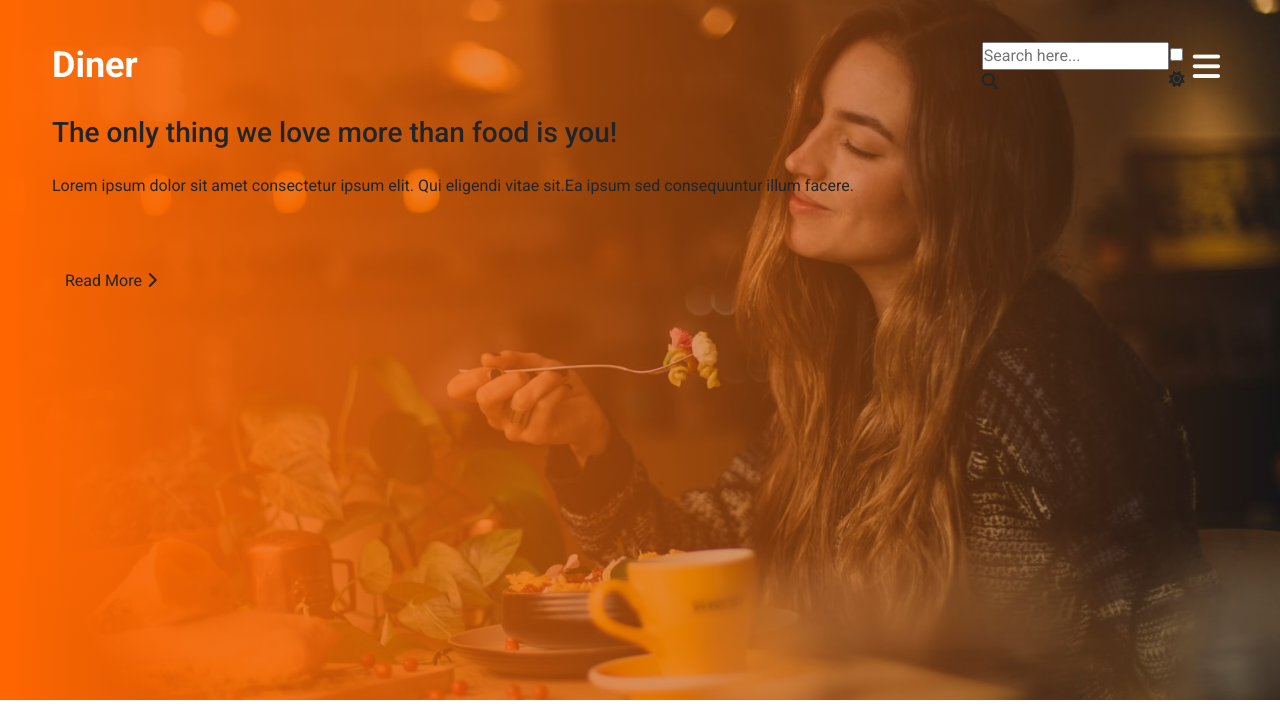
Repository: minhtrivu6199/Diner
Page: index.html
An editor plug-in stored every save of this project. The page is shown before and after the next save, followed by the edit.
The browser window is 1280 px wide. The pictures show the whole page.
The style sheet was rebuilt from its Sass, Less or Tailwind sources for each picture, by a compiler version that may differ from the author's.

Above is the page before, as saved 2022-10-10 14:06:47.

After the next save:
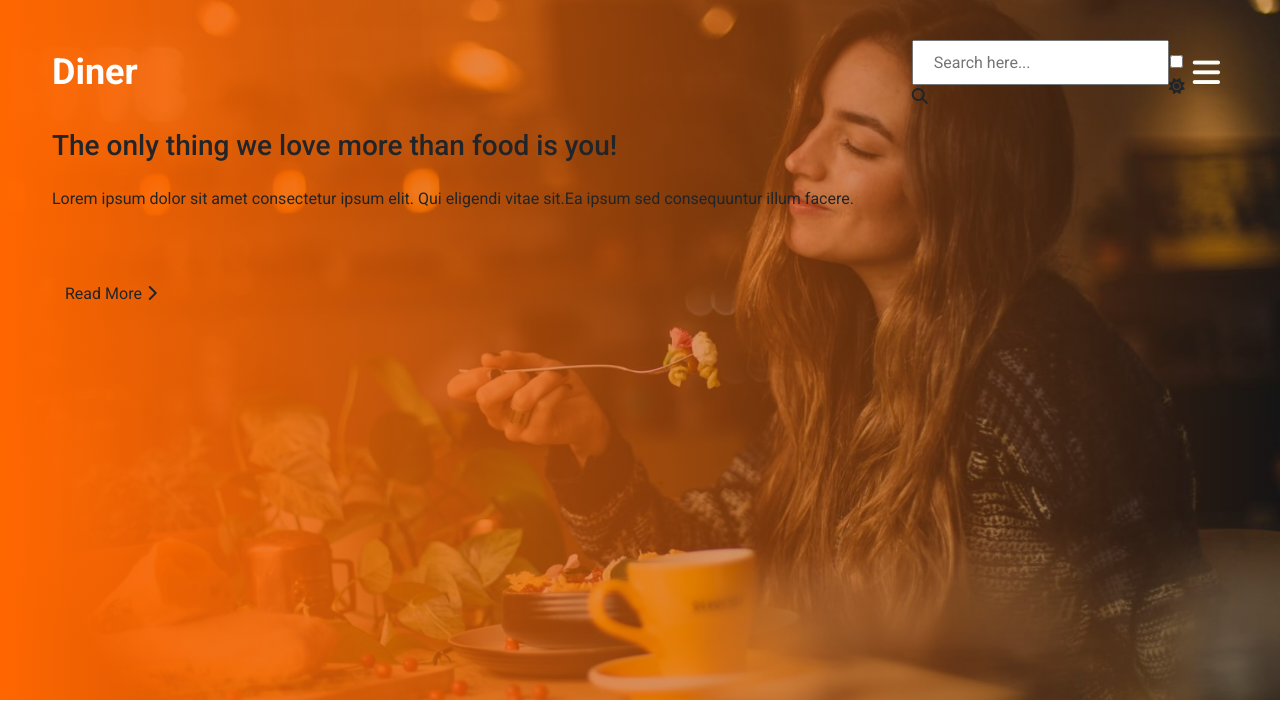
Saved 72 s later.
--- a/scss/style.scss
+++ b/scss/style.scss
@@ -42,6 +42,10 @@ a {
                         .search-input {
                             display: flex;
                             flex: 1;
+                            padding: 10px 50px 10px 20px;
+                            height: 45px;
+                            font-size: 16px;
+                            color: rgba(22, 28, 45, 0.7);
                         }
                     }
                 }
